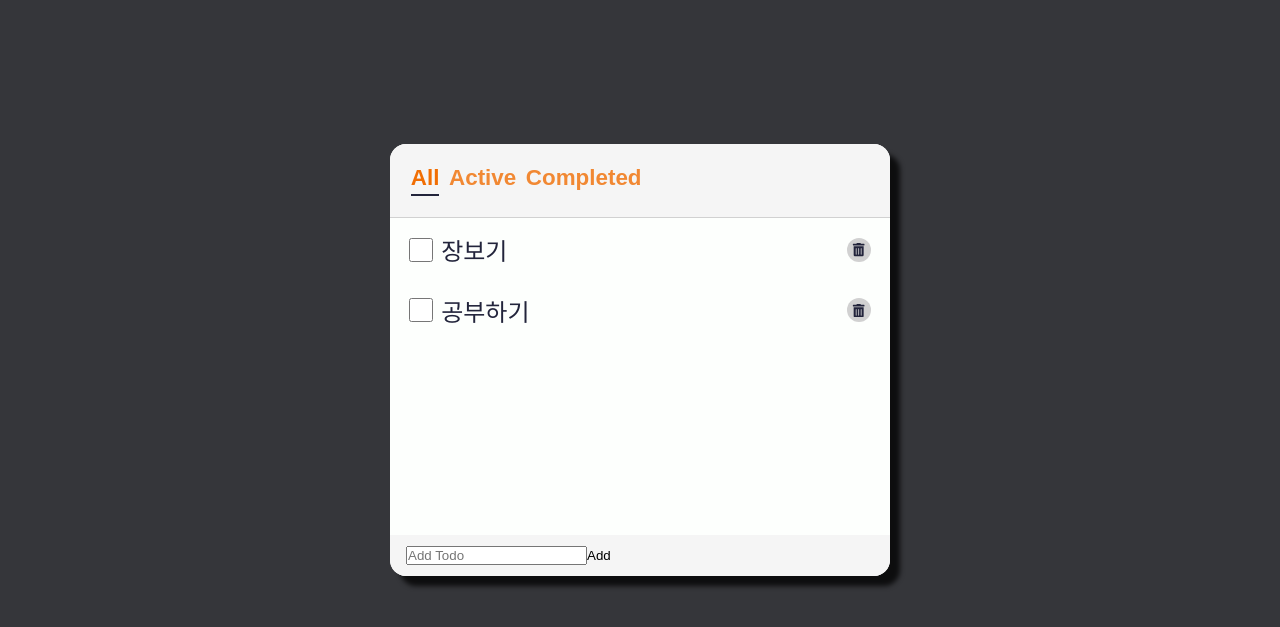
Repository: MrJinkyu/TodoList
Page: /
An editor plug-in stored every save of this project. The page is shown before and after the next save, followed by the edit.
The browser window is 1280 px wide. The pictures show the whole page.
The project was rebuilt for these pictures with package versions that can differ from the ones it lists, and the page was loaded fresh each time.

Above is the page before, as saved 2023-05-01 14:55:16.

### src/index.css
:root{
  --color-body: #35363A;
  --color-bg-dark:#f5f5f5;
  --color-bg: #fdfffd;
  --color-grey: #d1d1d1;
  --color-text: #22243b;
  --color-accent: #f16e03;
  --color-white: white;
  --color-scrollbar: #aaa7a7;
}

*{
  box-sizing: border-box;
  padding: 0;
  margin: 0;
}

button{
  border: none;
  outline: none;
  cursor: pointer;
  background-color: transparent;
}

ul,li{
  list-style: none;
}

body {
  margin: 0;
  font-family: -apple-system, BlinkMacSystemFont, 'Segoe UI', 'Roboto', 'Oxygen',
    'Ubuntu', 'Cantarell', 'Fira Sans', 'Droid Sans', 'Helvetica Neue',
    sans-serif;
  -webkit-font-smoothing: antialiased;
  -moz-osx-font-smoothing: grayscale;
  width: 100vw;
  height: 100vh;
  display: flex;
  justify-content: center;
  align-items: center;
  background-color: var(--color-body);
  font-size: 1.2rem;
  accent-color: var(--color-accent);
}

#root{
  overflow: hidden;
  display: flex;
  flex-direction: column;
  width: 100%;
  height: 60%;
  max-width: 500px;
  background-color: var(--color-bg);
  border-radius: 1rem;
  box-shadow: 10px 10px 5px 0px rgba(0,0,0,0.75);
-webkit-box-shadow: 10px 10px 5px 0px rgba(0,0,0,0.75);
-moz-box-shadow: 10px 10px 5px 0px rgba(0,0,0,0.75);
}

code {
  font-family: source-code-pro, Menlo, Monaco, Consolas, 'Courier New',
    monospace;
}

### src/App.js
import { useState } from "react";
import TodoList from "./components/TodoList";
import Header from "./components/Header";

const filters = ['all', 'active', 'completed'];
function App() {
  const [filter, setFilter] = useState(filters[0]);
  return (
    <>
      <Header filters={filters} filter={filter} onFilterChange={setFilter}/>
      <TodoList filter={filter}/>
    </>
  );
}

export default App;

### src/components/TodoList.jsx
import React, { useState } from 'react';
import {v4 as uuidv4} from 'uuid';
import AddTodo from './AddTodo';
import Todo from './Todo';
import styles from './TodoList.module.css';

export default function TodoList({filter}) {
    const [todos, setTodos] = useState([
        { id: uuidv4(), text: '장보기', status: 'active' },
        { id: uuidv4(), text: '공부하기', status: 'active' }
    ]);
    const handleAdd = (todo) => {
        setTodos([...todos, todo]);
    }
    const handleUpdate = (updated) => {
        setTodos(todos.map((todo) => todo.id === updated.id ? updated : todo));
    }
    const handleDelete = (deleted) => {
        setTodos(todos.filter((todo) => todo.id !== deleted.id));
    }
    const filtered = getFilteredItems(todos, filter);
    return (
        <section className={styles.container}>
            <ul className={styles.list}>
                {filtered.map((item) => (
                    <Todo
                        key={item.id}
                        todo={item}
                        onUpdate={handleUpdate}
                        onDelete={handleDelete}
                    />
                ))}
            </ul>
            <AddTodo onAdd={handleAdd}/>
        </section>
    );
}

function getFilteredItems(todos, filter){
    if(filter === 'all'){
        return todos;
    }
    return todos.filter((todo) => todo.status === filter);
}

### src/components/Header.jsx
import React from 'react';
import styles from './Header.module.css';

export default function Header({filters, filter, onFilterChange}) {
    return (
        <header className={styles.header}>
            <ul className={styles.filters}>
                {filters.map((value,index) => (
                    <li key={index}>
                        <button
                            onClick={() => onFilterChange(value)}
                            className={`${styles.filter} ${filter === value && styles.selected}`}
                        >
                            {value}
                        </button>
                    </li>
                ))}
            </ul>
        </header>
    );
}

### src/components/AddTodo.jsx
import React, { useState } from 'react';
import {v4 as uuidv4} from 'uuid';
import styles from './AddTodo.module.css';

export default function AddTodo({onAdd}) {
    const [text, setText] = useState('');
    const handleChange = (e) => {
        setText(e.target.value);
    }
    const handleSubmit = (e) => {
        e.preventDefault();
        if(text.trim().length === 0){
            return ;
        }
        onAdd({ id: uuidv4(), text, status: 'active' });
        setText('');
    }
    return (
        <form className={styles.form} onSubmit={handleSubmit}>
            <input
                className={styles.input}
                type="text"
                value={text}
                onChange={handleChange}
                placeholder='Add Todo'
            />
            <button className={styles.button}>Add</button>
        </form>
    );
}

### src/components/Todo.jsx
import React from 'react';
import { FaTrashAlt } from 'react-icons/fa';
import styles from './Todo.module.css';

export default function Todo({todo, onUpdate, onDelete}) {
    const { id, text, status } = todo;
    const handleChange = (e) => {
        const status = e.target.checked ? 'completed' : 'active';
        onUpdate({...todo, status});
    }
    return (
        <li className={styles.todo}>
            <input
                className={styles.checkbox}
                type="checkbox"
                name="checkbox"
                id={id}
                checked={status === 'completed'}
                onChange={handleChange}
            />
            <label className={styles.text} htmlFor={id}>{text}</label>
            <span className={styles.icon}>
                <button className={styles.button} onClick={() => onDelete(todo)}>
                    <FaTrashAlt/>
                </button>
            </span>
        </li>
    );
}

### src/components/TodoList.module.css
.container{
    height: 100%;
    display: flex;
    flex-direction: column;
}

.list{
    flex: 1 1 auto;
}

### src/components/Header.module.css
.header{
    background-color: var(--color-bg-dark);
    display: flex;
    justify-content: space-between;
    align-items: center;
    padding: 1rem;
    border-bottom: 1px solid var(--color-grey);
}

.filters{
    display: flex;
}

.filter{
    margin: 0.3rem;
    font-size: 1.4rem;
    color: var(--color-accent);
    font-weight: bold;
    opacity: 0.8;
    text-transform: capitalize;
}

.filter:hover,
.filter.selected{
    opacity: 1;
}

.filter.selected::after{
    content: '';
    display: block;
    margin-top: 0.2rem;
    border: 1px solid var(--color-text);
}

### src/components/AddTodo.module.css
.form{
    width: 100%;
    display: flex;
    padding: 0.7rem 1rem;
    background-color: var(--color-bg-dark);
}

.input{

}

.button{

}

### src/components/Todo.module.css
.todo{
    display: flex;
    justify-content: space-between;
    align-items: center;
    padding: 0.7rem 1rem;
    margin: 0.2rem;
}

.checkbox{
    width: 1.5rem;
    height: 1.5rem;
}

.text{
    flex: 1 1 0%;
    margin-left: 0.5rem;
    font-size: 1.5rem;
    color: var(--color-text);
}

.icon{
    width: 1.5rem;
    height: 1.5rem;
    border-radius: 50%;
    background-color: var(--color-grey);
    text-align: center;
    transition: all 150ms ease-out;
}

.icon:hover{
    transform: rotate(15deg) scale(1.2);
    background-color: var(--color-accent);
}

.button{
    color: var(--color-text);
}

Loaded but not shown: public/index.html (common file); src/index.js (common file); src/reportWebVitals.js (common file)

After the next save:
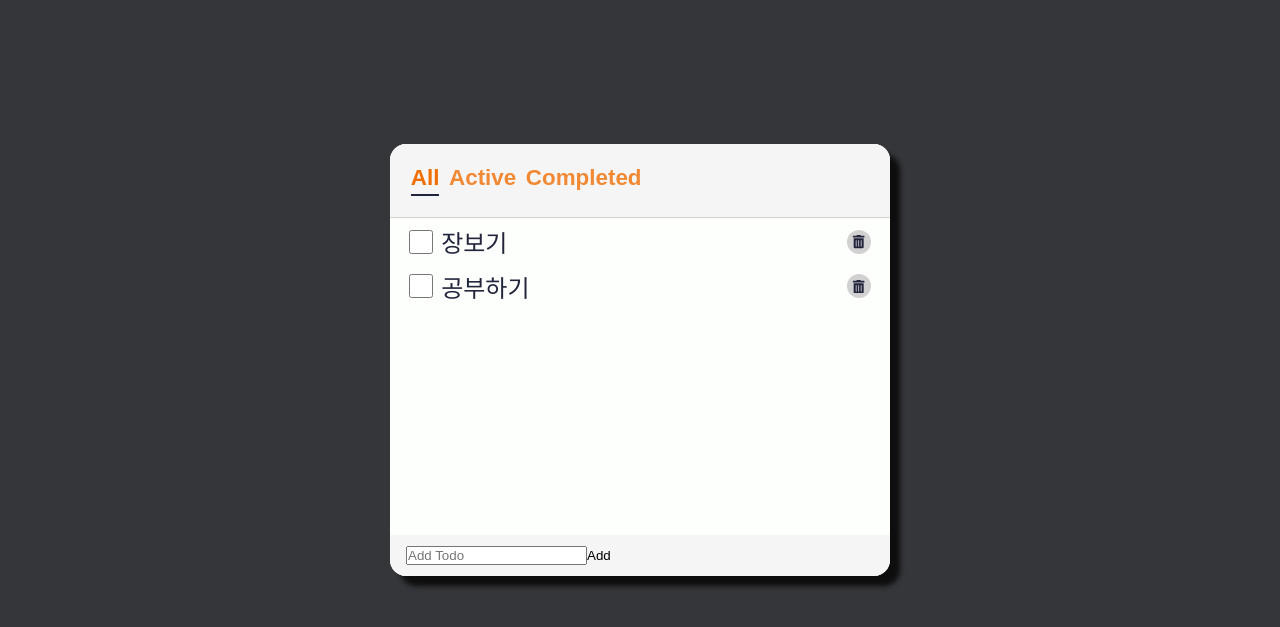
Saved 29 s later.
--- a/src/components/Todo.module.css
+++ b/src/components/Todo.module.css
@@ -2,7 +2,7 @@
     display: flex;
     justify-content: space-between;
     align-items: center;
-    padding: 0.7rem 1rem;
+    padding: 0.2rem 1rem;
     margin: 0.2rem;
 }
 
